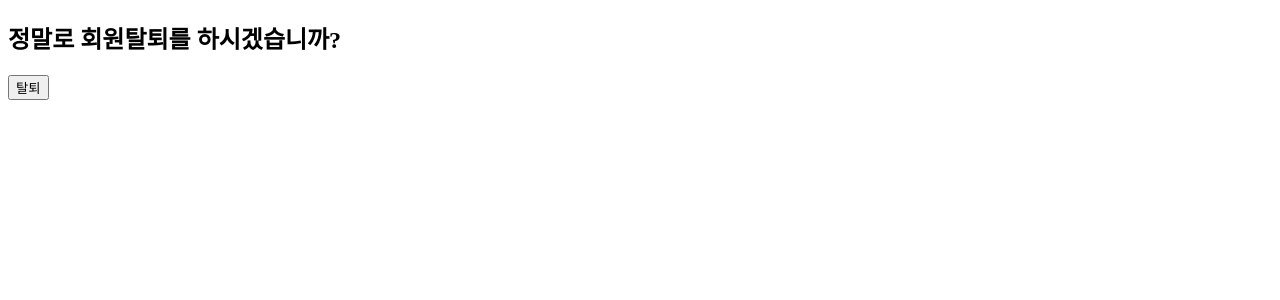
Repository: Yundanbi/Kyobo
Page: http://localhost/kyobo/member/deactvation.jsp
These files come from the project's save history. The page is drawn as it stood at one moment and after the next save; the edit follows.
The browser window is 1280 px wide. The pictures show the whole page.
The page is served by Tomcat 9. Other server files are loaded and not shown.

Above is the page before, as saved 2025-06-17 03:47:20.

### kyobo/src/main/webapp/member/deactvation.jsp
<%@ page language="java" contentType="text/html; charset=UTF-8"
pageEncoding="UTF-8"%>
<!DOCTYPE html>
<html>
<head>
<meta charset="UTF-8">
<title>Insert title here</title>
</head>
<body>
<form action="get">
<h2>정말로 회원탈퇴를 하시겠습니까?</h2>
<input type="submit" value="탈퇴">
</form>

</body>
</html>

After the next save:
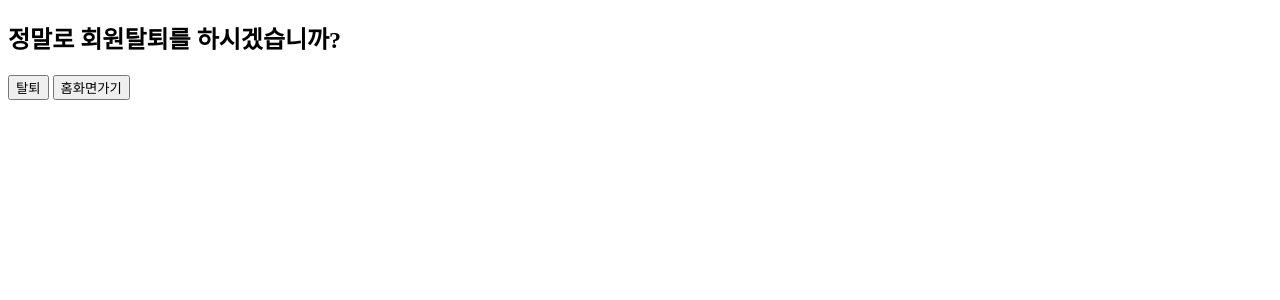
Saved 104 s later.
--- a/kyobo/src/main/webapp/member/deactvation.jsp
+++ b/kyobo/src/main/webapp/member/deactvation.jsp
@@ -7,9 +7,10 @@
 <title>Insert title here</title>
 </head>
 <body>
-<form action="get">
+<form method="get" action="delete.do">
 <h2>정말로 회원탈퇴를 하시겠습니까?</h2>
 <input type="submit" value="탈퇴">
+<input class="submit" type="button" value="홈화면가기" onclick="location.href='index.jsp'">
 </form>
 
 </body>
